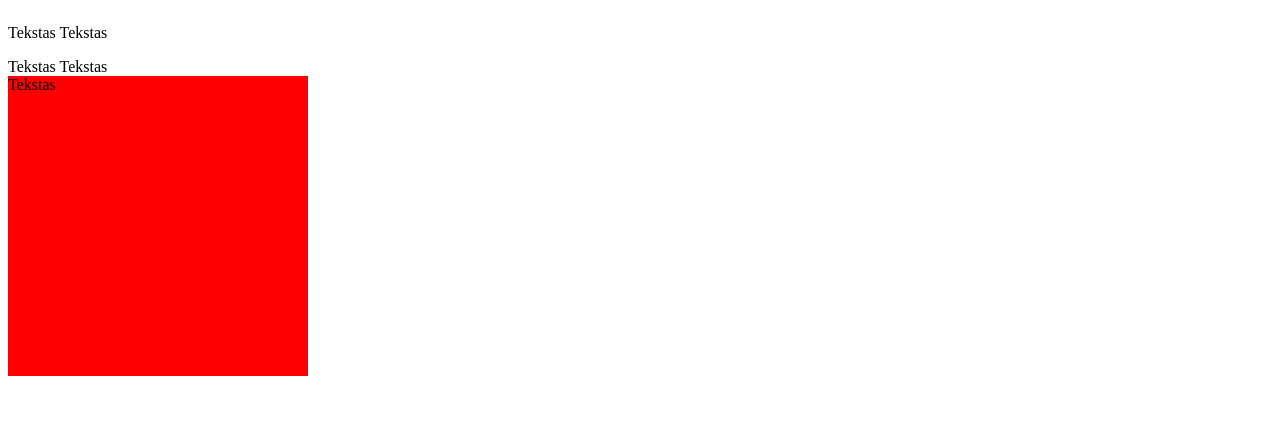
Repository: motiejus1/13-paskaita-05.31
Page: index_display.html
The author's editor kept a copy of each file at every save. The page is drawn from the files as they stood at one save, then again after the next save.
The browser window is 1280 px wide. The pictures show the whole page.

Above is the page before, as saved 2021-06-21 20:19:06.

After the next save:
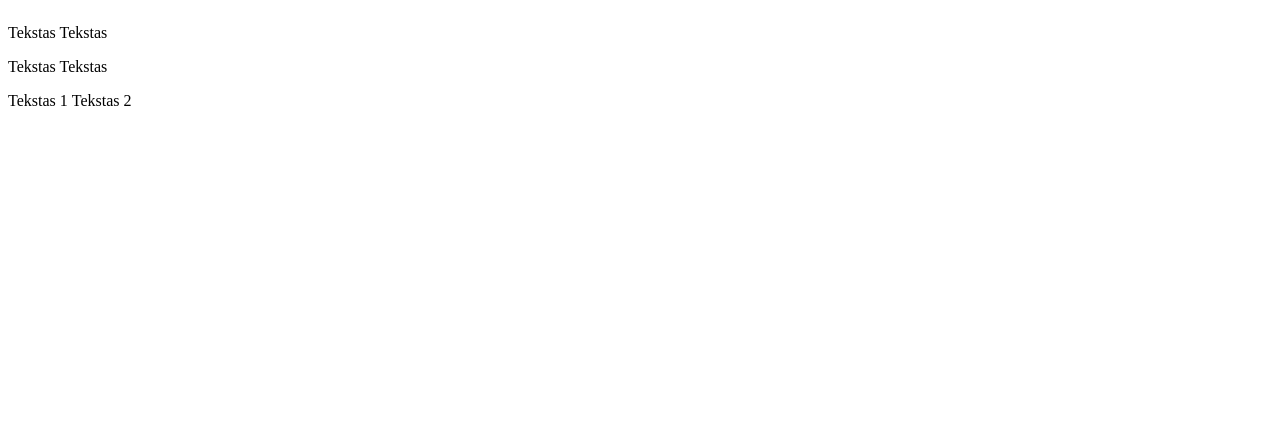
Saved 4 s later.
--- a/index_display.html
+++ b/index_display.html
@@ -21,7 +21,7 @@
         height: 300px;
         background-color: red;
         position:absolute;
-
+        top: -99999px;
     }
     </style>
 </head>

After the save that followed:
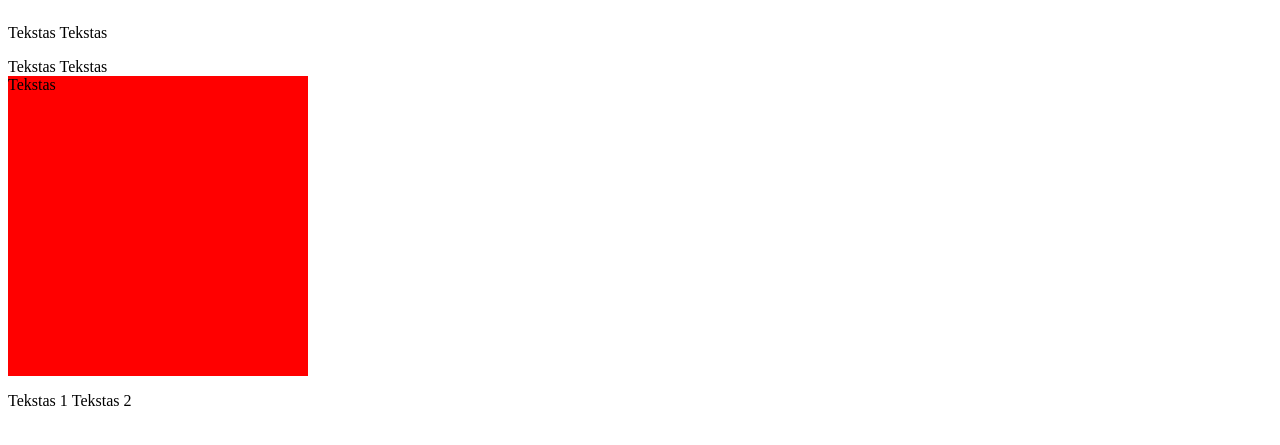
Saved 28 s later.
--- a/index_display.html
+++ b/index_display.html
@@ -20,8 +20,7 @@
         width: 300px;
         height: 300px;
         background-color: red;
-        position:absolute;
-        top: -99999px;
+        v
     }
     </style>
 </head>
